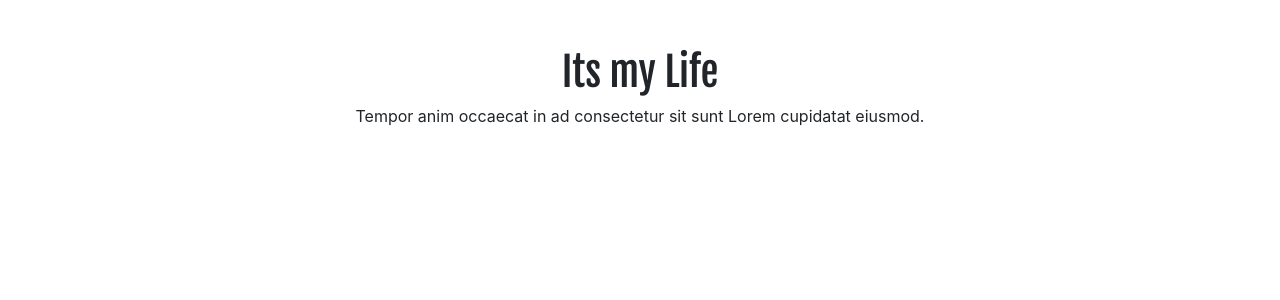
Repository: tanviredu/Data
Page: / (app in 28_vue_with_apis/vue-apis/)
The author's editor kept a copy of each file at every save. The page is drawn from the files as they stood at one save, then again after the next save.
The browser window is 1280 px wide. The pictures show the whole page.
The project was rebuilt for these pictures with package versions that can differ from the ones it lists, and the page was loaded fresh each time.

Above is the page before, as saved 2020-07-13 08:53:37.

### 28_vue_with_apis/vue-apis/public/index.html
<!DOCTYPE html>
<html lang="en">
  <head>
    <meta charset="utf-8" />
    <meta http-equiv="X-UA-Compatible" content="IE=edge" />
    <meta name="viewport" content="width=device-width,initial-scale=1.0" />
    <link rel="icon" href="<%= BASE_URL %>favicon.ico" />
    <link
      href="https://fonts.googleapis.com/css2?family=Fjalla+One&family=Open+Sans:wght@700&display=swap"
      rel="stylesheet"
    />
    <title><%= htmlWebpackPlugin.options.title %></title>
  </head>
  <body>
    <noscript>
      <strong
        >We're sorry but <%= htmlWebpackPlugin.options.title %> doesn't work
        properly without JavaScript enabled. Please enable it to
        continue.</strong
      >
    </noscript>
    <div id="app"></div>
    <!-- built files will be auto injected -->
  </body>
</html>

### 28_vue_with_apis/vue-apis/src/main.js
import Vue from "vue";
import App from "./App.vue";

Vue.config.productionTip = false;

import "bootstrap";

import "../node_modules/bootstrap/dist/css/bootstrap.css";
import { library } from "@fortawesome/fontawesome-svg-core";
import {
  faPlus,
  faMinus,
  faTrash,
  faCheck,
  faPlay,
  faPause,
} from "@fortawesome/free-solid-svg-icons";
library.add(faPlus, faMinus, faTrash, faCheck, faPlay, faPause);

new Vue({
  render: (h) => h(App),
}).$mount("#app");

### 28_vue_with_apis/vue-apis/src/App.vue
<template>
  <div id="app" class="container">
    <current-song :song="currentSong" />
  </div>
</template>

<script>
//import { FontAwesomeIcon } from "@fortawesome/vue-fontawesome";
import currentSong from "./components/CurrentSong";

export default {
  name: "App",
  data() {
    return {
      currentSong: {
        name: "Its my Life",
        description:
          "Tempor anim occaecat in ad consectetur sit sunt Lorem cupidatat eiusmod."
      }
    };
  },
  components: {
    //FontAwesomeIcon,
    currentSong
  }
};
</script>

<style>
</style>

### 28_vue_with_apis/vue-apis/src/components/CurrentSong.vue
<template>
  <div>
    <div class="currentsong sticky-top">
      <div class="currentsong-background position-relative">
        <div class="currentsong-backgroundimage position-absolute"></div>
        <div class="song-info d-flex justify-content-center align-items-center py-5">
          <div class="item container">
            <div class="row justify-content-center">
              <div class="song col-md-8 text-center">
                <h1 class="song-name" style="font-family: 'Fjalla One'">{{song.name}}</h1>
              </div>
              <div class="song col-md-12 text-center">
                <div class="song-description px-2">{{song.description}}</div>
              </div>
            </div>
          </div>
        </div>
      </div>
    </div>
  </div>
</template>

<script>
export default {
  name: "current-song",
  props: ["song"]
};
</script>

<style scoped>
</style>

    , sans-serif;

    font-family: 'Open Sans', sans-serif;

After the next save:
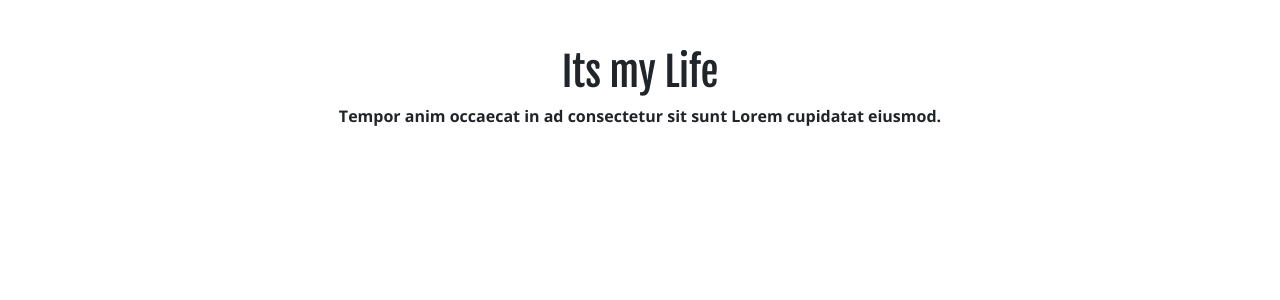
Saved 25 s later.
--- a/28_vue_with_apis/vue-apis/src/components/CurrentSong.vue
+++ b/28_vue_with_apis/vue-apis/src/components/CurrentSong.vue
@@ -10,7 +10,10 @@
                 <h1 class="song-name" style="font-family: 'Fjalla One'">{{song.name}}</h1>
               </div>
               <div class="song col-md-12 text-center">
-                <div class="song-description px-2">{{song.description}}</div>
+                <div
+                  class="song-description px-2"
+                  style="font-family: 'Open Sans', sans-serif;"
+                >{{song.description}}</div>
               </div>
             </div>
           </div>
@@ -29,7 +32,3 @@ export default {
 
 <style scoped>
 </style>
-
-    , sans-serif;
-
-    font-family: 'Open Sans', sans-serif;
